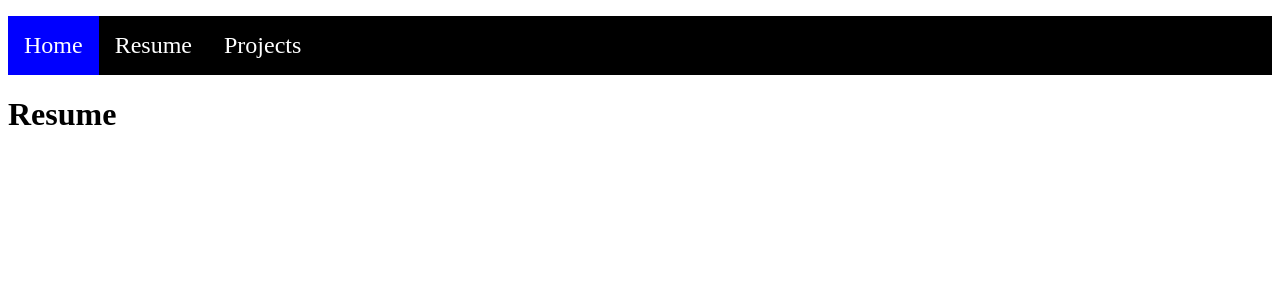
Repository: GoldenCheez/GoldenCheez.github.io
Page: resume.html
The author's editor kept a record of every edit. The page is drawn from the files as they stood at one moment, then again after the next edit.
The browser window is 1280 px wide. The pictures show the whole page.

Above is the page before.

### resume.html
<!DOCTYPE html>
<html>
  <head>
  <title>Home</title>
  <style>

    .navbar{
      list-style: none;
      background-color: black;
      overflow: hidden;
      padding: 0;
    }

    .navbar a, .dropdown div{
      text-decoration: none;
      color: white;
      font-size: 24px;
      padding: 16px;
      display: inline-block;
    }
    .navbar li{
      float: left;
    }

    .navbar li:hover{
      background-color: grey;
    }

    .dropdown-content{
      list-style: none;
      padding: 0;
      display: none;
      position:absolute;
      z-index:1;
      background-color:black;
    }

    .dropdown-content li{
      float:none;
    }

    .dropdown:hover .dropdown-content{
      display: block;
    }
    .active{
        background-color:blue;

    }
  </style>

  </head>
  <body>
    <ul class="navbar">
      <li class="active"><a href="index.html">Home</a></li>
      <li><a href="resume.html">Resume</a></li>
      <li class = "dropdown">
        <div>Projects</div>
        <ul class="dropdown-content">
          <li><a href="#">Project 1</a></li>
          <li><a href="#">Project 2</a></li>
          <li><a href="#">Project 3</a></li>
        </ul>
      </li>

    </ul>

    <h1>Resume</h1>






  </body>
</html>

After the next edit:
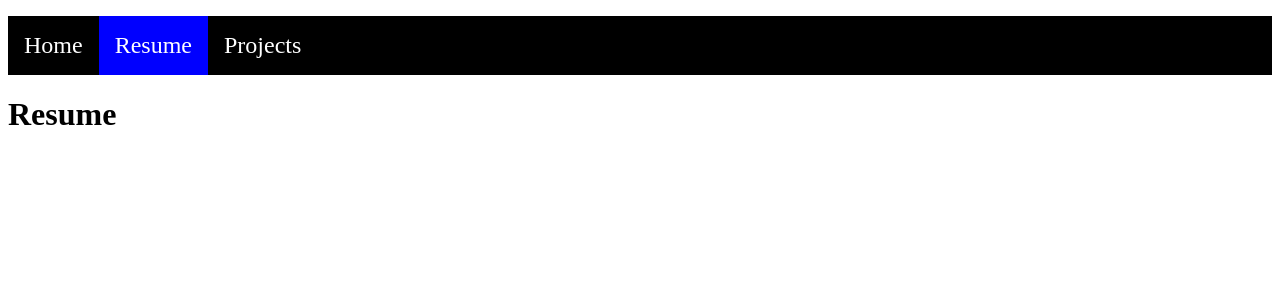
The edit:
--- a/resume.html
+++ b/resume.html
@@ -51,8 +51,8 @@
   </head>
   <body>
     <ul class="navbar">
-      <li class="active"><a href="index.html">Home</a></li>
-      <li><a href="resume.html">Resume</a></li>
+      <li><a href="index.html">Home</a></li>
+      <li class="active"><a href="resume.html">Resume</a></li>
       <li class = "dropdown">
         <div>Projects</div>
         <ul class="dropdown-content">
